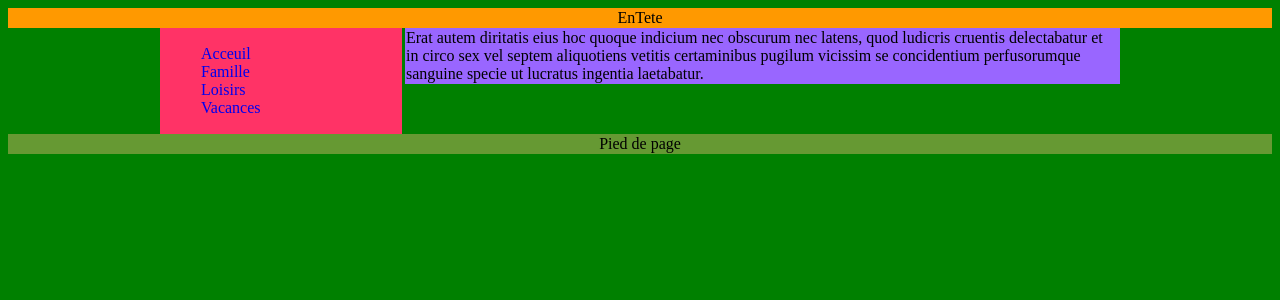
Repository: serviceshuios/Git-Aix-Web
Page: mise-en-page-html-css/WebContent/famille.html
These files come from the project's save history. The page is drawn as it stood at one moment and after the next save; the edit follows.
The browser window is 1280 px wide. The pictures show the whole page.

Above is the page before, as saved 2018-10-26 09:53:16.

### mise-en-page-html-css/WebContent/famille.html
<!DOCTYPE html>
<html>
	<head>
		<meta charset="utf-8"/>
		<title>MISE EN PAGE</title>
		<meta name="viewport" content="width=device-width, initial-scale=1.0"/>
		<link rel="stylesheet" href="css/style.css"/>
	</head>
	<body>
		<div id="entete">
			EnTete
		</div>
		<div id="main">
			<div id="menu">
				<ul>
					<li><a href="accueil.html">Acceuil</a></li>
					<li><a href="famille.html">Famille</a></li>
					<li><a href="loisirs.html">Loisirs</a></li>
					<li><a href="vacances.html">Vacances</a></li>
				</ul>
			</div>
			<div id="contenu">
				Erat autem diritatis eius hoc quoque indicium nec obscurum nec latens, quod ludicris cruentis delectabatur et in circo sex vel septem aliquotiens vetitis certaminibus pugilum vicissim se concidentium perfusorumque sanguine specie ut lucratus ingentia laetabatur.
			</div>
		</div>
		<div id="footer">
			Pied de page
		</div>
		<script src="js/script.js"></script>
	</body>
</html>

### mise-en-page-html-css/WebContent/css/style.css
#entete, #menu, #contenu, #footer {
	padding: 1px;
}

#entete {
	background-color: #FF9900;
	text-align: center;
}

#main {
	max-width: 960px;
	margin:auto;
}

#menu {
	float:left;
	width: 240px;
	background-color:#FF3366;
}
#contenu {
	margin-left: 245px;
	background-color:#9966FF;
}
#footer {
	background-color:#669933;
	text-align: center;
	clear:both;
}
li {
	list-style-type: none;
}
li a {
	text-decoration: none;
}
 video {
 	width: 400px;
 }
@media screen and (max-width: 400px){
	body {
		background-color: orange;
	}
}

@media screen and (min-width: 401px) and (max-width: 900px) {
	body {
		background-color: blue;
	}
}

@media screen and (min-width: 901px){
	body {
		background-color: green;
	}
}

Loaded but not shown: mise-en-page-html-css/WebContent/js/script.js (no stored copy; drawn as an empty file)

After the next save:
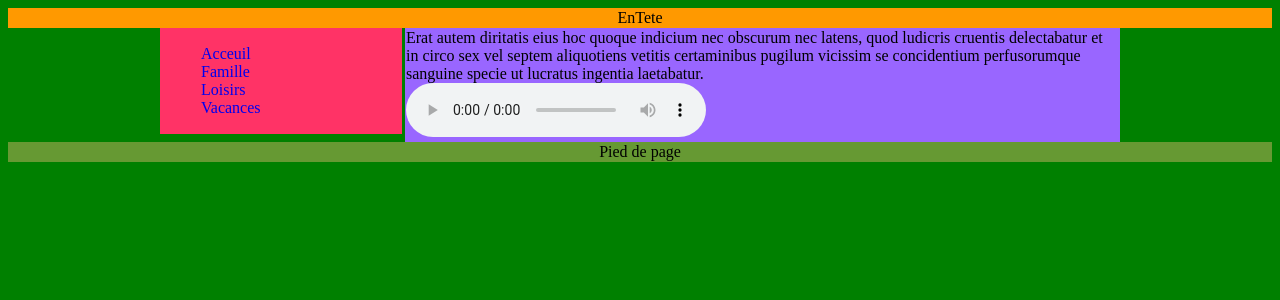
Saved 2 min 51 s later.
--- a/mise-en-page-html-css/WebContent/famille.html
+++ b/mise-en-page-html-css/WebContent/famille.html
@@ -21,6 +21,12 @@
 			</div>
 			<div id="contenu">
 				Erat autem diritatis eius hoc quoque indicium nec obscurum nec latens, quod ludicris cruentis delectabatur et in circo sex vel septem aliquotiens vetitis certaminibus pugilum vicissim se concidentium perfusorumque sanguine specie ut lucratus ingentia laetabatur.
+				<br/>
+				<audio controls loop>
+					<source src="audio/mon-audio.mp3"/>
+					<source src="audio/mon-audio.ogg"/>
+					<!--Votre navigateur ne peut pas lire la vidéo  -->
+				</audio>
 			</div>
 		</div>
 		<div id="footer">
